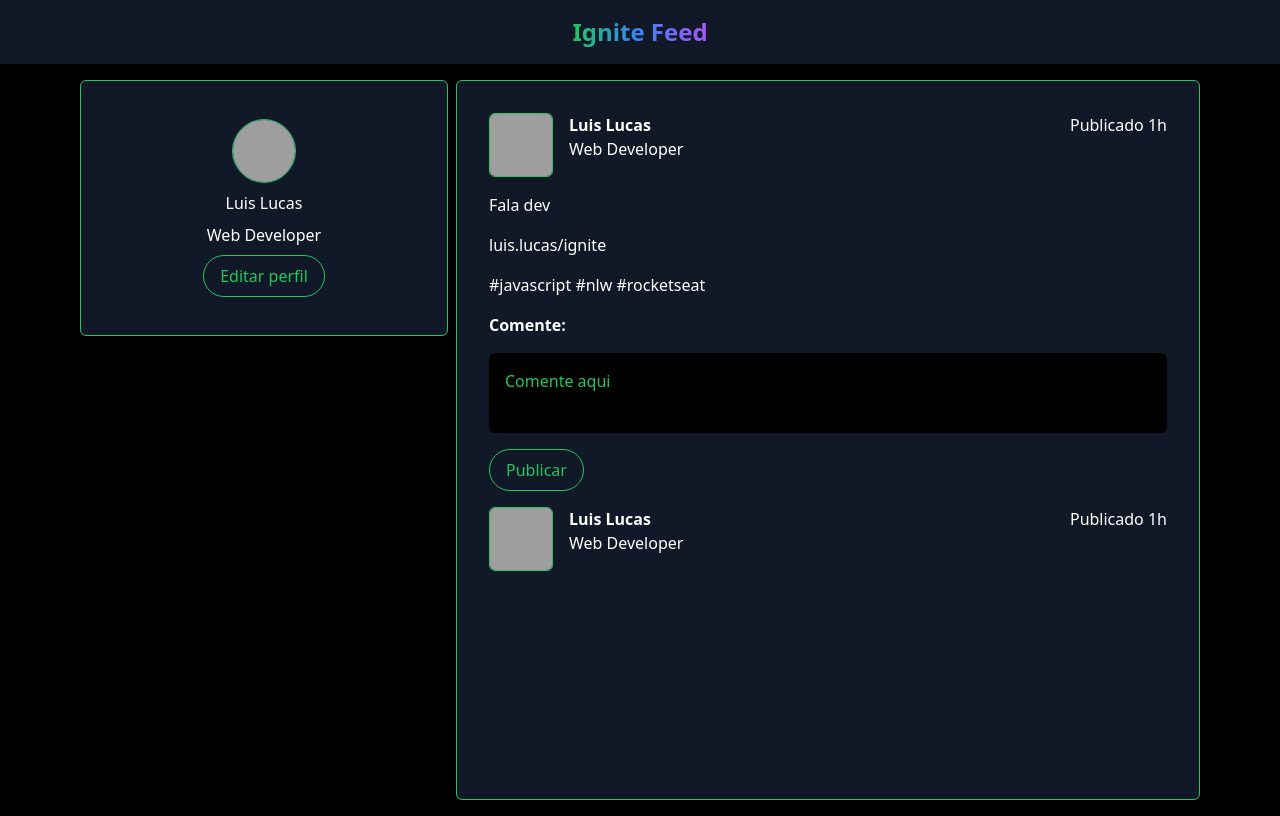
Repository: LuisSempre/ignite-feed
Page: /
These files come from the project's save history. The page is drawn as it stood at one moment and after the next save; the edit follows.
The browser window is 1280 px wide. The pictures show the whole page.
Pictures or frames that could not be fetched are drawn as grey boxes. The project was rebuilt for these pictures with package versions that can differ from the ones it lists, and the page was loaded fresh each time. Also part of the build but not shown: vite.config.js.

Above is the page before, as saved 2022-07-14 21:33:49.

After the next save:
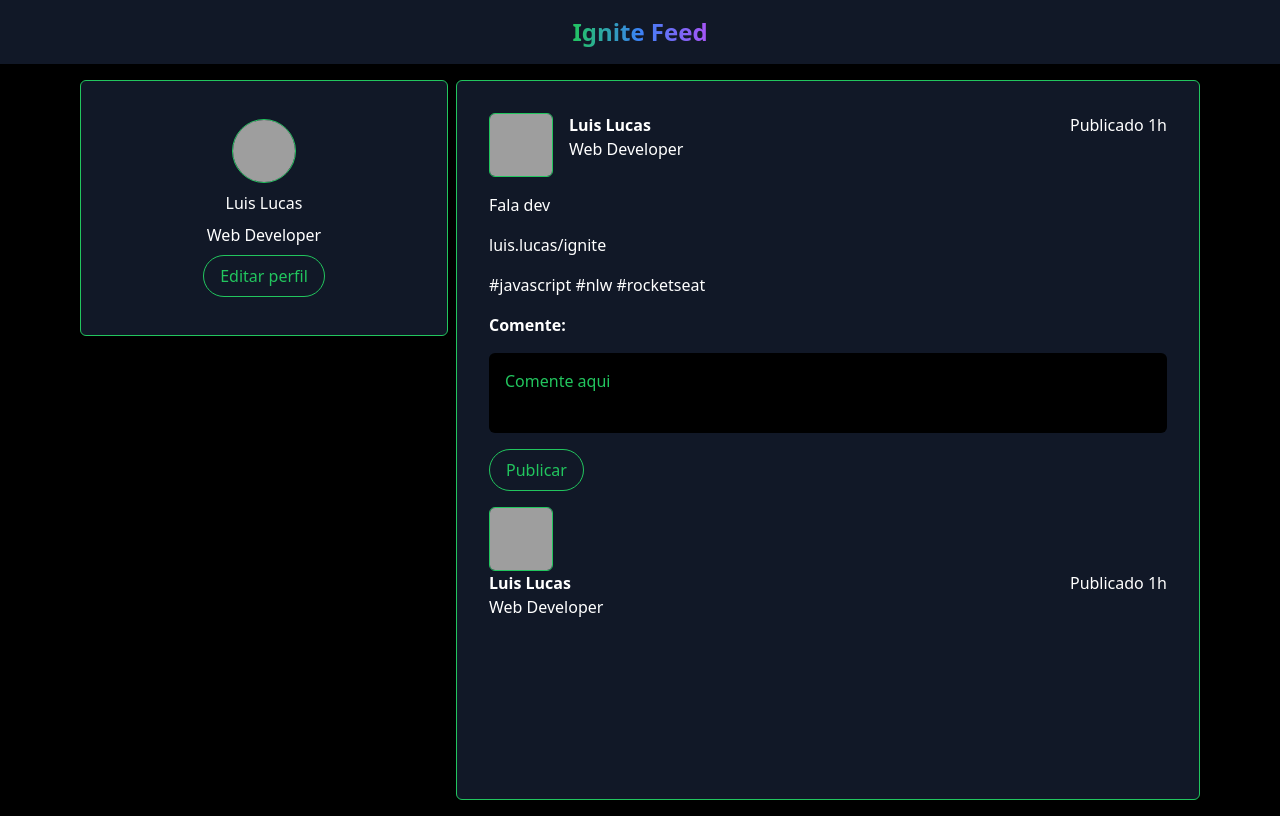
Saved 43 s later.
--- a/src/Components/Comment.jsx
+++ b/src/Components/Comment.jsx
@@ -3,13 +3,14 @@
 export function Comment() {
   return (
     <div className="">
-      <div className="flex justify-between">
-        <div className="flex gap-4">
-          <img
+        <img
             className="w-16 h-16 border border-green-500 rounded-md"
             src="https://github.com/luissempre.png"
             alt=""
           />
+      <div className="flex justify-between">
+        <div className="flex gap-4">
+
           <div className="flex flex-col">
             <strong>Luis Lucas </strong>
             <span>Web Developer</span>
